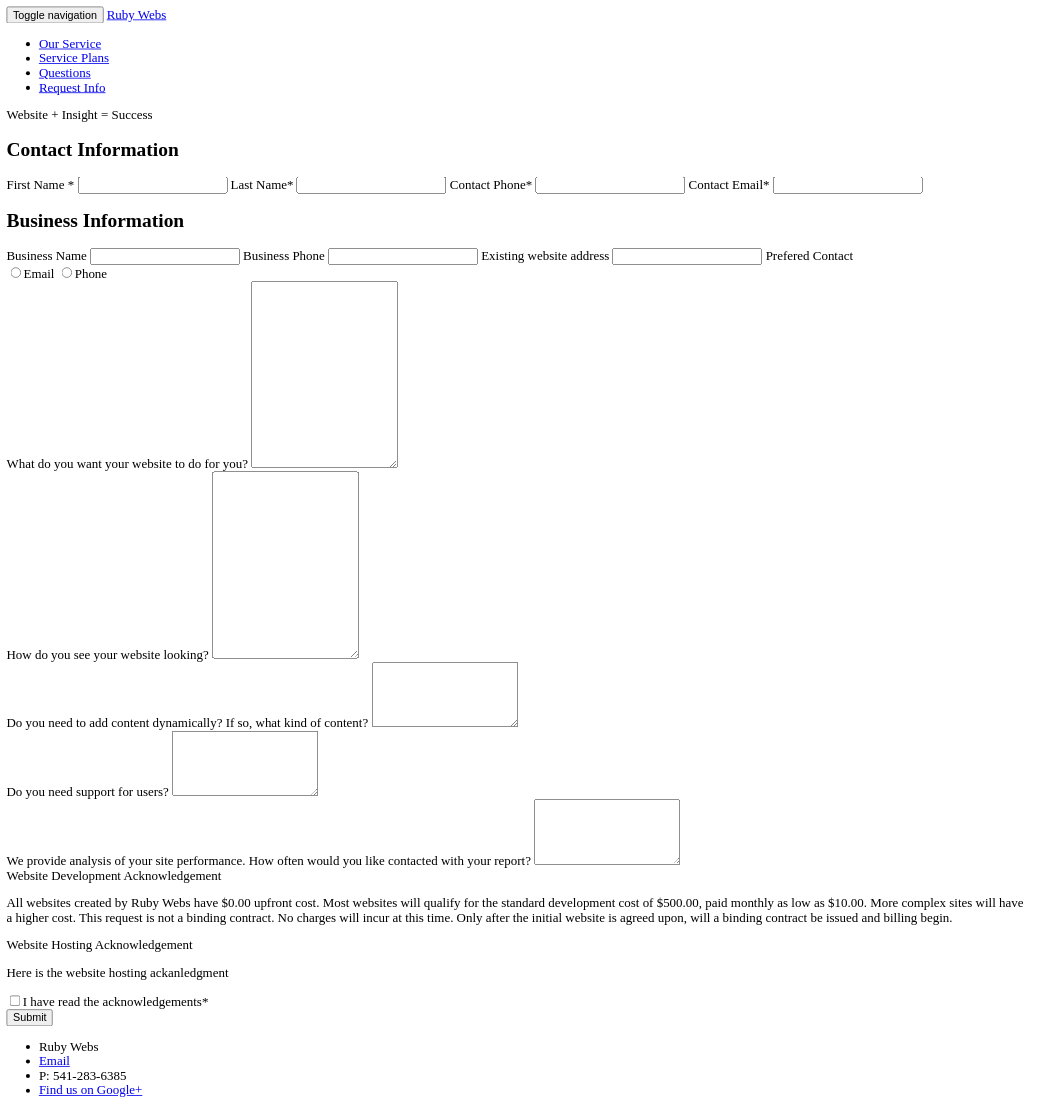
Repository: nlblunt/rubywebs
Page: app/assets/javascripts/html/request.html
The author's editor kept a record of every edit. The page is drawn from the files as they stood at one moment, then again after the next edit.
The browser window is 1280 px wide. The pictures show the whole page, at 81% of full size.

Above is the page before.

### app/assets/javascripts/html/request.html
<div class="container-fluid">
    <div class="row">
        <header>
            <nav class="navbar navbar-inverse">
                <div class="navbar-header">
                    <button type="button" class="navbar-toggle collapsed" data-toggle="collapse" data-target="#navbar-collapse-1">
                        <span class="sr-only">Toggle navigation</span>
                        <span class="icon-bar"></span>
                        <span class="icon-bar"></span>
                        <span class="icon-bar"></span>
                    </button>
                    <a id="navbar-brand-ruby" class="navbar-brand" href="/#!/">Ruby Webs</a>
                </div>

                <div class="collapse navbar-collapse" id="navbar-collapse-1">
                    <ul class="nav navbar-nav">
                        <li><a href="#">Our Service</a></li>
                        <li><a href="#">Service Plans</a></li>
                        <li><a href="#">Questions</a></li>
                        <li><a href="/#!/request">Request Info</a></li>
                    </ul>

                    <p id="slogan" class="text-ruby navbar-text pull-right">Website + Insight = Success</p>
                </div>
            </nav>
        </header>
    </div>

    <div class="content">
      <form name="contactUs">
        <div class="row">
          <div class="col-sm-6">
            <div class="form-group">
               <h2>Contact Information</h2>
               <label>First Name </label><span class="required">*</span>
               <input type="text" class="form-control" ng-model="contact.first_name" required>
               <label>Last Name</label><span class="required">*</span>
               <input type="text" class="form-control" ng-model="contact.last_name" required>
               <label>Contact Phone</label><span class="required">*</span>
               <input type="tel" class="form-control" ng-model="contact.phone" required>
               <label>Contact Email</label><span class="required">*</span>
               <input type="email" class="form-control" ng-model="contact.email" required>
            </div>
          </div>

        <div class="col-sm-6">
            <div class="form-group">
                <h2>Business Information</h2>
                <label>Business Name</label>
                <input type="text" class="form-control" ng-model="contact.business_name">
                <label>Business Phone</label>
                <input type="tel" class="form-control" ng-model="contact.business_phone">
                <label>Existing website address</label>
                <input type="text" class="form-control" ng-model="contact.business_website">
                <label>Prefered Contact</label>
                <div class="radio">
                    <label>
                        <input type="radio" name="prefcontact" value="email" ng-model="contact.prefcontact">Email
                    </label>
                    <label>
                        <input type="radio" name="prefcontact" value="phone" ng-model="contact.prefcontact">Phone
                    </label>
                </div>
            </div>
        </div>
        </div>

        <div class="row row-spacer"></div>

        <div class="row">
            <div class="col-sm-6">
                <label>What do you want your website to do for you?</label>
                <textarea class="form-control" ng-model="contact.what_it_does" rows="15"></textarea>
            </div>

            <div class ="col-sm-6">
                <label>How do you see your website looking?</label>
                <textarea class="form-control" ng-model="contact.site_layout" rows="15"></textarea>
            </div>
        </div>

        <div class="row row-spacer"></div>

        <div class="row">
          <div class="col-sm-4">
              <label>Do you need to add content dynamically?  If so, what kind of content?</label>
              <textarea class="form-control" ng-model="contact.dynamic" rows="5"></textarea>
          </div>

          <div class="col-sm-4">
              <label>Do you need support for users?</label>
              <textarea class="form-control" ng-model="contact.users" rows="5"></textarea>
          </div>

          <div class="col-sm-4">
              <label>We provide analysis of your site performance.  How often would you like contacted with your report?</label>
              <textarea class="form-control" ng-model="contact.analysis" rows="5"></textarea>
          </div>
        </div>

         <div class="row">
              <div class="col-sm-12">
                  <label>Website Development Acknowledgement</label>
                  <p>All websites created by Ruby Webs have $0.00 upfront cost.  Most websites will qualify for the standard development cost of $500.00, paid monthly as low as $10.00.  More complex sites will have a higher cost.  This request is not a binding contract.  No charges will incur at this time.  Only after the initial website is agreed upon, will a binding contract be issued and billing begin.</p>

                  <label>Website Hosting Acknowledgement</label>
                  <p>Here is the website hosting ackanledgment</p>

                  <div class="checkbox">
                      <label><input type="checkbox" ng-model="contact.ack" required>I have read the acknowledgements</label><span class="required">*</span>
                  </div>

                  <button type="submit" class="btn btn-default" ng-disabled="contactUs.$invalid" ng-click="submit_contact()">Submit</button>
              </div>
         </div>
      </form>
    </div>

    <div class="row footer-background">
      <div class="row content">
      <footer>
        <div class="col-sm-4 sm-margin-bottom">
          <ul>
            <li>Ruby Webs</li>
            <li><a href="mailto:nicolas.wb@outlook.com">Email</a></li>
            <li>P: 541-283-6385</li>
            <li><a href="https://plus.google.com/111061938625311669752" rel="publisher">Find us on Google+</a></li>
          </ul>
        </div>
      </footer>
      </div>
    </div>
</div>

After the next edit:
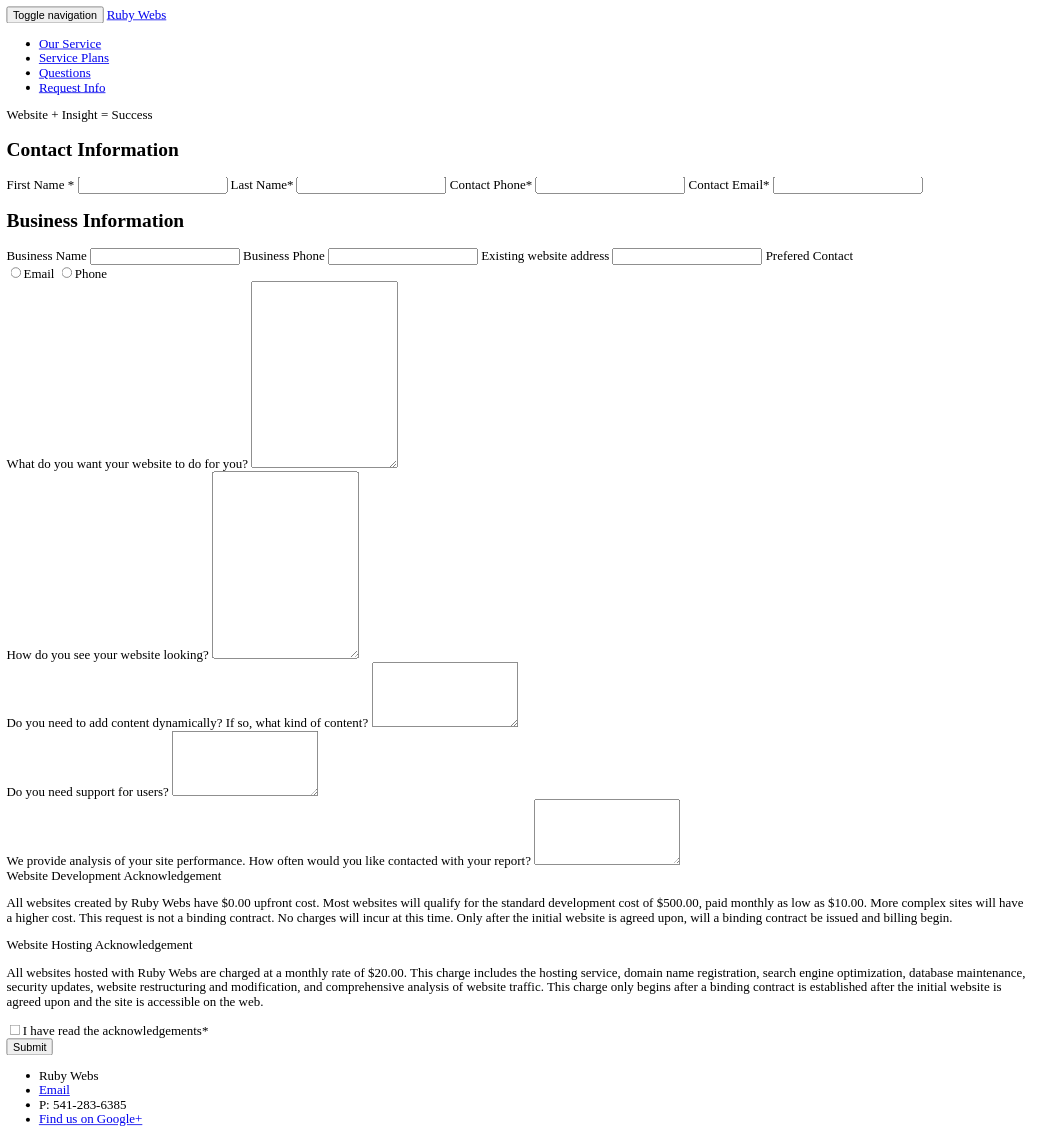
The edit:
--- a/app/assets/javascripts/html/request.html
+++ b/app/assets/javascripts/html/request.html
@@ -104,7 +104,7 @@
                   <p>All websites created by Ruby Webs have $0.00 upfront cost.  Most websites will qualify for the standard development cost of $500.00, paid monthly as low as $10.00.  More complex sites will have a higher cost.  This request is not a binding contract.  No charges will incur at this time.  Only after the initial website is agreed upon, will a binding contract be issued and billing begin.</p>
 
                   <label>Website Hosting Acknowledgement</label>
-                  <p>Here is the website hosting ackanledgment</p>
+                  <p>All websites hosted with Ruby Webs are charged at a monthly rate of $20.00.  This charge includes the hosting service, domain name registration, search engine optimization, database maintenance, security updates, website restructuring and modification, and comprehensive analysis of website traffic.  This charge only begins after a binding contract is established after the initial website is agreed upon and the site is accessible on the web.</p>
 
                   <div class="checkbox">
                       <label><input type="checkbox" ng-model="contact.ack" required>I have read the acknowledgements</label><span class="required">*</span>
